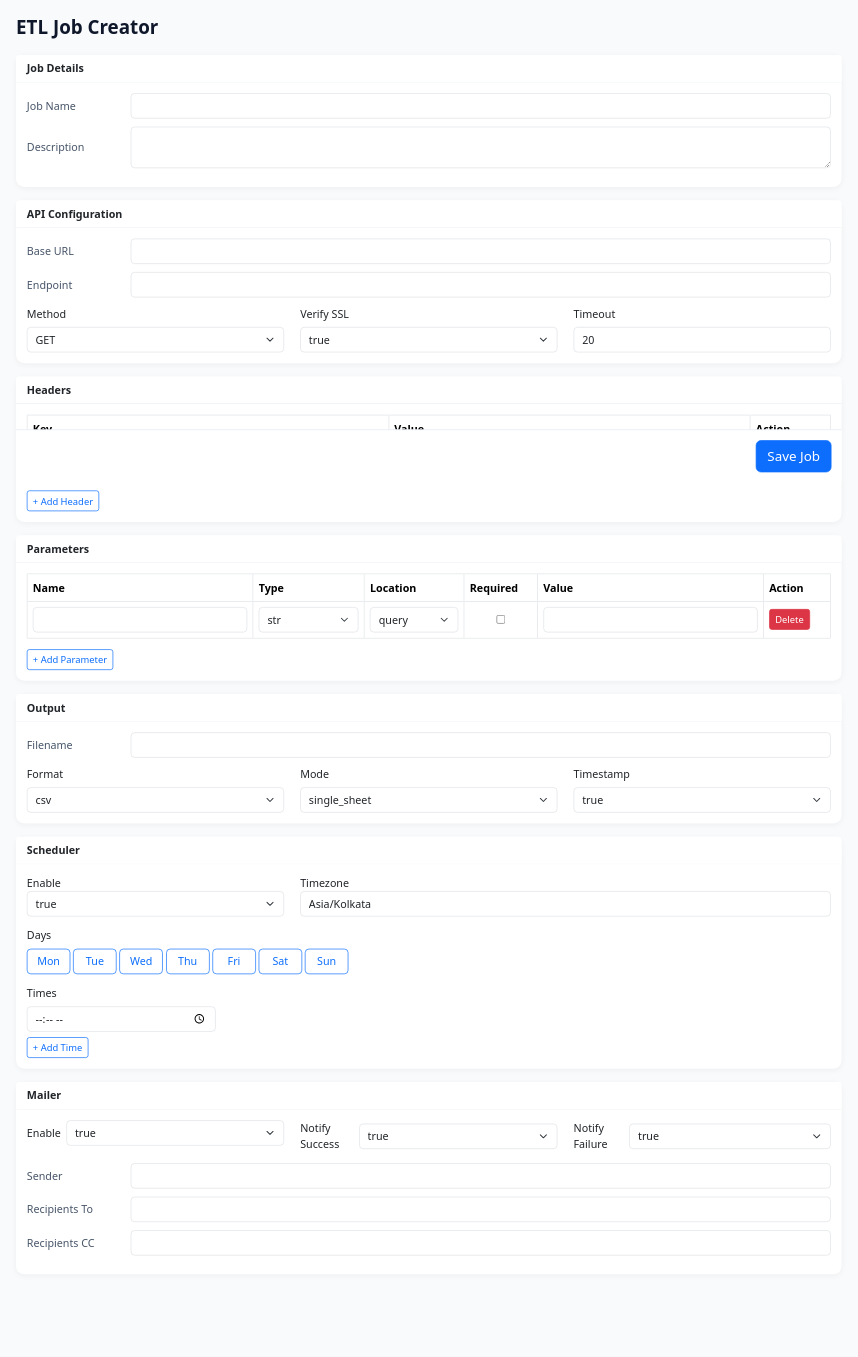
Repository: C0sCube/fetchapi
Page: example.html
These files come from the project's save history. The page is drawn as it stood at one moment and after the next save; the edit follows.
The browser window is 1280 px wide. The pictures show the whole page, at 67% of full size.

Above is the page before, as saved 2026-06-09 23:38:38.

### example.html
<!DOCTYPE html>
<html lang="en">

<head>
    <meta charset="UTF-8">
    <meta name="viewport" content="width=device-width, initial-scale=1.0">

    <title>ETL Job Creator</title>

    <link href="https://cdn.jsdelivr.net/npm/bootstrap@5.3.3/dist/css/bootstrap.min.css" rel="stylesheet">

    <style>
        body {
            background: #f8fafc;
            color: #334155;
        }

        .page-title {
            font-weight: 700;
            color: #0f172a;
        }

        .section-card {
            border: none;
            border-radius: 12px;
            margin-bottom: 20px;
            box-shadow: 0 2px 10px rgba(0, 0, 0, .05);
        }

        .card-header {
            background: white;
            font-weight: 600;
            border-bottom: 1px solid #e2e8f0;
        }

        .form-label-fixed {
            width: 140px;
            font-weight: 500;
            color: #475569;
        }

        .form-row {
            display: flex;
            align-items: center;
            gap: 15px;
            margin-bottom: 12px;
        }

        .form-row .form-control,
        .form-row .form-select {
            flex: 1;
        }

        .day-btn {
            min-width: 65px;
        }

        .table td {
            vertical-align: middle;
        }

        .save-bar {
            position: sticky;
            bottom: 0;
            background: white;
            padding: 15px;
            border-top: 1px solid #e2e8f0;
        }
    </style>
</head>

<body>

    <div class="container-fluid px-4 py-4">

        <h3 class="page-title mb-4">
            ETL Job Creator
        </h3>

        <!-- JOB DETAILS -->
        <div class="card section-card">

            <div class="card-header">
                Job Details
            </div>

            <div class="card-body">

                <div class="form-row">
                    <label class="form-label-fixed">
                        Job Name
                    </label>

                    <input class="form-control">
                </div>

                <div class="form-row">
                    <label class="form-label-fixed">
                        Description
                    </label>

                    <textarea class="form-control" rows="2"></textarea>
                </div>

            </div>
        </div>

        <!-- API CONFIG -->
        <div class="card section-card">

            <div class="card-header">
                API Configuration
            </div>

            <div class="card-body">

                <div class="form-row">
                    <label class="form-label-fixed">
                        Base URL
                    </label>

                    <input class="form-control">
                </div>

                <div class="form-row">
                    <label class="form-label-fixed">
                        Endpoint
                    </label>

                    <input class="form-control">
                </div>

                <div class="row">

                    <div class="col-md-4">

                        <label class="form-label">
                            Method
                        </label>

                        <select class="form-select">
                            <option>GET</option>
                            <option>POST</option>
                            <option>PUT</option>
                            <option>PATCH</option>
                            <option>DELETE</option>
                        </select>

                    </div>

                    <div class="col-md-4">

                        <label class="form-label">
                            Verify SSL
                        </label>

                        <select class="form-select">
                            <option>true</option>
                            <option>false</option>
                        </select>

                    </div>

                    <div class="col-md-4">

                        <label class="form-label">
                            Timeout
                        </label>

                        <input class="form-control" value="20">

                    </div>

                </div>

            </div>
        </div>

        <!-- HEADERS -->
        <div class="card section-card">

            <div class="card-header">
                Headers
            </div>

            <div class="card-body">

                <table class="table table-bordered">

                    <thead>
                        <tr>
                            <th>Key</th>
                            <th>Value</th>
                            <th width="120">Action</th>
                        </tr>
                    </thead>

                    <tbody>

                        <tr>
                            <td>
                                <input class="form-control">
                            </td>

                            <td>
                                <input class="form-control">
                            </td>

                            <td>
                                <button class="btn btn-danger btn-sm">
                                    Delete
                                </button>
                            </td>
                        </tr>

                    </tbody>

                </table>

                <button class="btn btn-outline-primary btn-sm">
                    + Add Header
                </button>

            </div>

        </div>

        <!-- PARAMETERS -->
        <div class="card section-card">

            <div class="card-header">
                Parameters
            </div>

            <div class="card-body">

                <table class="table table-bordered">

                    <thead>
                        <tr>
                            <th>Name</th>
                            <th>Type</th>
                            <th>Location</th>
                            <th>Required</th>
                            <th>Value</th>
                            <th width="100">Action</th>
                        </tr>
                    </thead>

                    <tbody>

                        <tr>

                            <td>
                                <input class="form-control">
                            </td>

                            <td>
                                <select class="form-select">
                                    <option>str</option>
                                    <option>int</option>
                                    <option>float</option>
                                    <option>bool</option>
                                    <option>date</option>
                                    <option>datetime</option>
                                    <option>list</option>
                                </select>
                            </td>

                            <td>
                                <select class="form-select">
                                    <option>query</option>
                                    <option>body</option>
                                    <option>header</option>
                                    <option>path</option>
                                </select>
                            </td>

                            <td class="text-center">
                                <input type="checkbox">
                            </td>

                            <td>
                                <input class="form-control">
                            </td>

                            <td>
                                <button class="btn btn-danger btn-sm">
                                    Delete
                                </button>
                            </td>

                        </tr>

                    </tbody>

                </table>

                <button class="btn btn-outline-primary btn-sm">
                    + Add Parameter
                </button>

            </div>

        </div>

        <!-- OUTPUT -->
        <div class="card section-card">

            <div class="card-header">
                Output
            </div>

            <div class="card-body">

                <div class="form-row">
                    <label class="form-label-fixed">
                        Filename
                    </label>

                    <input class="form-control">
                </div>

                <div class="row">

                    <div class="col-md-4">

                        <label class="form-label">
                            Format
                        </label>

                        <select class="form-select">
                            <option>csv</option>
                            <option>excel</option>
                        </select>

                    </div>

                    <div class="col-md-4">

                        <label class="form-label">
                            Mode
                        </label>

                        <select class="form-select">
                            <option>single_sheet</option>
                            <option>multiple_sheet</option>
                        </select>

                    </div>

                    <div class="col-md-4">

                        <label class="form-label">
                            Timestamp
                        </label>

                        <select class="form-select">
                            <option>true</option>
                            <option>false</option>
                        </select>

                    </div>

                </div>

            </div>

        </div>

        <!-- SCHEDULER -->
        <div class="card section-card">

            <div class="card-header">
                Scheduler
            </div>

            <div class="card-body">

                <div class="row mb-3">

                    <div class="col-md-4">
                        <label>Enable</label>
                        <select class="form-select">
                            <option>true</option>
                            <option>false</option>
                        </select>
                    </div>

                    <div class="col-md-8">
                        <label>Timezone</label>
                        <input class="form-control" value="Asia/Kolkata">
                    </div>

                </div>

                <label class="form-label">
                    Days
                </label>

                <div class="mb-3">

                    <button class="btn btn-outline-primary day-btn">Mon</button>
                    <button class="btn btn-outline-primary day-btn">Tue</button>
                    <button class="btn btn-outline-primary day-btn">Wed</button>
                    <button class="btn btn-outline-primary day-btn">Thu</button>
                    <button class="btn btn-outline-primary day-btn">Fri</button>
                    <button class="btn btn-outline-primary day-btn">Sat</button>
                    <button class="btn btn-outline-primary day-btn">Sun</button>

                </div>

                <label class="form-label">
                    Times
                </label>

                <div class="row">

                    <div class="col-md-3">
                        <input type="time" class="form-control">
                    </div>

                </div>

                <button class="btn btn-outline-primary btn-sm mt-2">
                    + Add Time
                </button>

            </div>

        </div>

        <!-- MAILER -->
        <div class="card section-card">

            <div class="card-header">
                Mailer
            </div>

            <div class="card-body">

                <div class="row mb-3">

                    <div class="col-md-4">
                        <div class="d-flex align-items-center gap-2">
                            <label class="mb-0 fw-medium">
                                Enable
                            </label>

                            <select class="form-select">
                                <option>true</option>
                                <option>false</option>
                            </select>
                        </div>
                    </div>

                    <div class="col-md-4">
                        <div class="d-flex align-items-center gap-2">
                            <label class="mb-0 fw-medium">
                                Notify Success
                            </label>

                            <select class="form-select">
                                <option>true</option>
                                <option>false</option>
                            </select>
                        </div>
                    </div>

                    <div class="col-md-4">
                        <div class="d-flex align-items-center gap-2">
                            <label class="mb-0 fw-medium">
                                Notify Failure
                            </label>

                            <select class="form-select">
                                <option>true</option>
                                <option>false</option>
                            </select>
                        </div>
                    </div>

                </div>

                <div class="form-row">
                    <label class="form-label-fixed">
                        Sender
                    </label>

                    <input class="form-control">
                </div>

                <div class="form-row">
                    <label class="form-label-fixed">
                        Recipients To
                    </label>

                    <input class="form-control">
                </div>

                <div class="form-row">
                    <label class="form-label-fixed">
                        Recipients CC
                    </label>

                    <input class="form-control">
                </div>

            </div>

        </div>

        <div class="save-bar text-end">
            <button class="btn btn-primary btn-lg">
                Save Job
            </button>
        </div>

    </div>

</body>

</html>

After the next save:
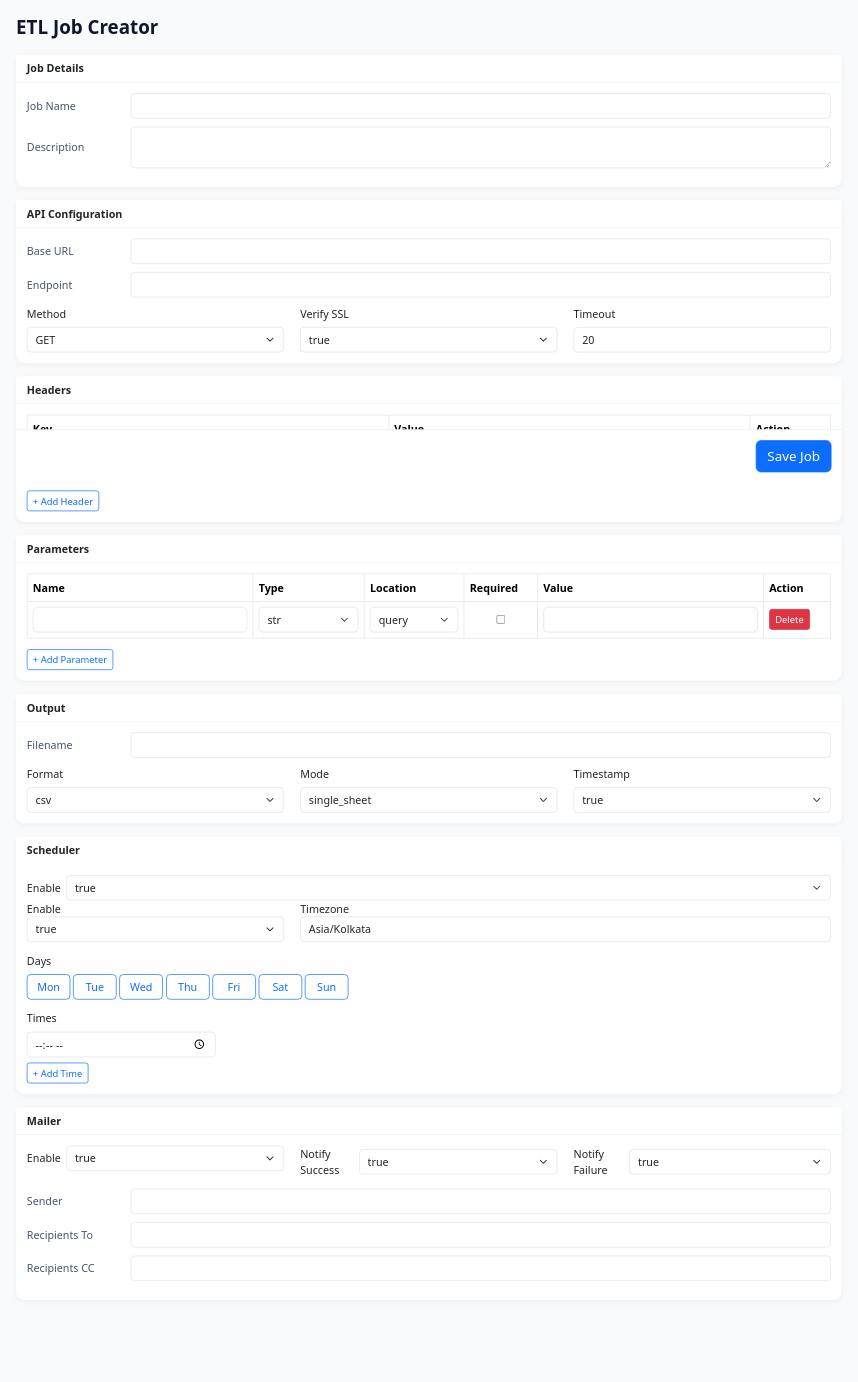
Saved 60 s later.
--- a/example.html
+++ b/example.html
@@ -378,6 +378,16 @@
             <div class="card-body">
 
                 <div class="row mb-3">
+                    <div class="d-flex align-items-center gap-2">
+                        <label class="mb-0 fw-medium">
+                            Enable
+                        </label>
+
+                        <select class="form-select">
+                            <option>true</option>
+                            <option>false</option>
+                        </select>
+                    </div>
 
                     <div class="col-md-4">
                         <label>Enable</label>
